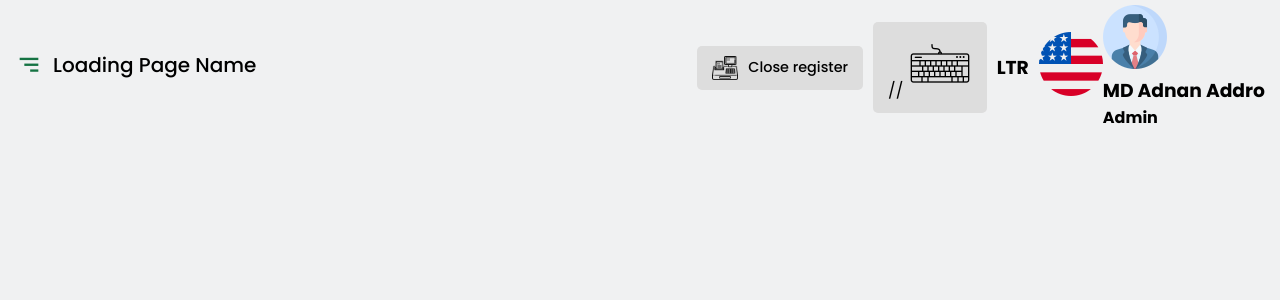
Repository: codebyaddro/pos-navbar
Page: index.html
These files come from the project's save history. The page is drawn as it stood at one moment and after a run of saves; the edit follows.
The browser window is 1280 px wide. The pictures show the whole page.

Above is the page before, as saved 2025-02-13 16:02:24.

### index.html
<!DOCTYPE html>
<html lang="en">
<head>
    <meta charset="UTF-8">
    <meta name="viewport" content="width=device-width, initial-scale=1.0">
    <!-- CSS -->
    <link rel="stylesheet" href="/css/style.css">
    <!-- Icons -->
    <link href='https://unpkg.com/boxicons@2.1.4/css/boxicons.min.css' rel='stylesheet'>
    <title>Navbar - Block</title>
</head>
<body style="background-color: #f0f1f2;">
    <nav class="cba-nav-container">
        <div class="cba-nav-side-menu-toggle-icon-loading-pagename">
            <div class="cba-nav-side-menu-toggle-icon">
                <!-- toggle first icon -->
                <i class='t-icon-open bx bx-menu-alt-right' id="iconDisplay" onclick="toggleIcon()"></i>
                <!-- toggle second icon -->
                <!-- <i class='t-icon-close bx bx-menu-alt-left' id="iconDisplay" onclick="toggleIcon()"></i> -->
                <!--todo: one of the toggle icon should be commented-->
            </div>
            <div class="cba-nav-loading-pagename">
                <h3>Loading Page Name</h3>
            </div>
        </div>
        <div class="cba-nav-features-user-logo-name">
            <div class="cba-nav-features">
                <div class="cba-nav-close-counter">
                    <img src="/img/cash-register.png" alt="cash-register-img">
                    <h3>Close register</h3>
                </div>
                <div class="cba-nav-keyboard-shortcut">//
                    <img src="/img/computer-keyboard.png" alt="keyboard-img">
                </div>
                <div class="cba-nav-ltr-rtl-switch">
                    <h3><span id="text">LTR</span></h3>
                </div>
                <div class="cba-nav-lang-switch" onclick="toggleImage()">
                    <img src="/img/united-states.png" title="English" alt="united-state-flag" id="image">
                </div>
            </div>
            <div class="cba-nav-user-logo-name">
                <div class="cba-nav-user-logo">
                    <img src="/img/User.png" alt="user-img">
                </div>
                <div class="cba-nav-user-name">
                    <div class="cba-nav-user-name">
                        <h3>MD Adnan Addro</h3>
                    </div>
                    <div class="cba-nav-user-role">
                        <h4>Admin</h4>
                    </div>
                </div>
            </div>
        </div>
    </nav>
    <!-- Javascript -->
    <script src="/script/main.js"></script>
</body>
</html>

### css/style.css
/* -- fonts -- */
@import url('https://fonts.googleapis.com/css2?family=Poppins:ital,wght@0,100;0,200;0,300;0,400;0,500;0,600;0,700;0,800;0,900;1,100;1,200;1,300;1,400;1,500;1,600;1,700;1,800;1,900&family=Raleway:ital,wght@0,100..900;1,100..900&family=Roboto:ital,wght@0,100;0,300;0,400;0,500;0,700;0,900;1,100;1,300;1,400;1,500;1,700;1,900&family=VT323&display=swap');

/* -- root -- */

:root {
    --gray-white: #F0F1F2; /* For body*/
    --white: #FFFFFF;
    --black: #000000;
    --gray-black: #DDDDDD;
    --light-black: #212523;
    --light-black-op: #21252350;
    --main-green: #157343;
    --main-light: #37A000;
    --light-orange: #FD7E14;
    --green: #008000;
    --light-green: #e9f6ec;
    --red: #FF0000;
    --light-red: #fbeaec;
}

/* -- universal style -- */

* {
    margin: 0;
    padding: 0;
    box-sizing: border-box;
    font-family: "Poppins", serif;
}

/* -- web app cursor element selection style -- */

::selection {
    color: var(--white);
    background-color: var(--main-light);
}

/* -- nav container style -- */

.cba-nav-container {
    display: flex;
    justify-content: space-between;
    align-items: center;
    padding: 5px 15px;
}

/* -- nav side menu toggle icon and loading pagename style -- */

.cba-nav-side-menu-toggle-icon-loading-pagename {
    display: flex;
    gap: 10px;
    align-items: center;
}

/* -- nav side menu toggle icon style -- */

.t-icon-open {
    color: var(--main-green);
    font-size: 1.75rem;
    cursor: pointer;
}

.t-icon-close {
    color: var(--main-green);
    font-size: 1.75rem;
    cursor: pointer;
}

/* -- nav loading pagename style -- */

.cba-nav-loading-pagename h3 {
    color: var(--black);
    font-size: 1.25rem;
    font-weight: 500;
    margin-top: -5px;
}

/* -- nav features and user logo name style -- */

.cba-nav-features-user-logo-name {
    display: flex;
    /* gap: 10px; */
    align-items: center;
}

/* -- nav features style -- */

.cba-nav-features {
    display: flex;
    gap: 10px;
    align-items: center;
}

/* -- nav close counter style -- */

.cba-nav-close-counter {
    display: flex;
    gap: 10px;
    align-items: center;
    background-color: var(--gray-black);
    padding: 10px 15px;
    border-radius: 5px;
    cursor: pointer;
}

.cba-nav-close-counter img {
    height: 24px;
    width: 26px;
    cursor: pointer;
}

.cba-nav-close-counter h3 {
    color: var(--black);
    font-size: 0.9rem;
    font-weight: 500;
}

/* -- nav keyboard shortcut style -- */

.cba-nav-keyboard-shortcut {
    background-color: var(--gray-black);
    padding: 10px 15px;
    border-radius: 5px;
    cursor: pointer;
}

### script/main.js
// JS function for Side Navigation Bar Toggle

function toggleIcon() {
    let icon = document.getElementById("iconDisplay");

    if (icon.classList.contains("bx-menu-alt-right")) {
        icon.classList.remove("bx-menu-alt-right");
        icon.classList.add("bx-menu-alt-left"); // Change to user alt left icon
    } else {
        icon.classList.remove("bx-menu-alt-left");
        icon.classList.add("bx-menu-alt-right"); // Change back to alt right icon
    }
}

// End of Side Navigation Bar Toggle

After the next 8 saves:
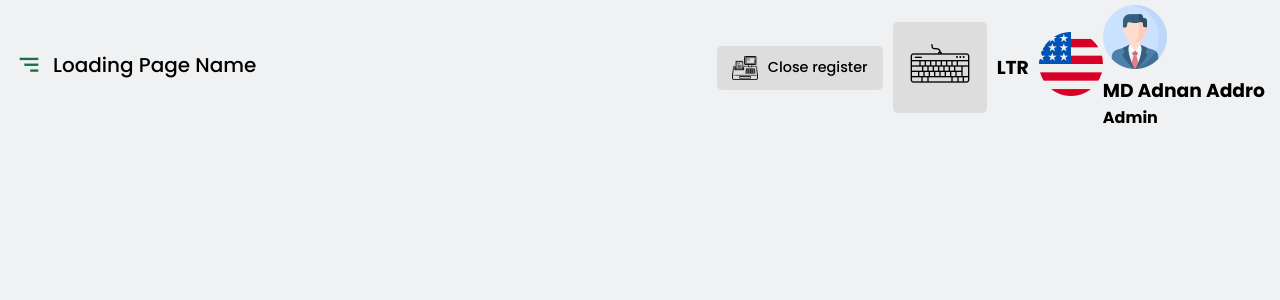
The 8 saves are shown as one change because they came seconds apart.
The last was saved 20 s later.
--- a/index.html
+++ b/index.html
@@ -29,7 +29,7 @@
                     <img src="/img/cash-register.png" alt="cash-register-img">
                     <h3>Close register</h3>
                 </div>
-                <div class="cba-nav-keyboard-shortcut">//
+                <div class="cba-nav-keyboard-shortcut">
                     <img src="/img/computer-keyboard.png" alt="keyboard-img">
                 </div>
                 <div class="cba-nav-ltr-rtl-switch">
